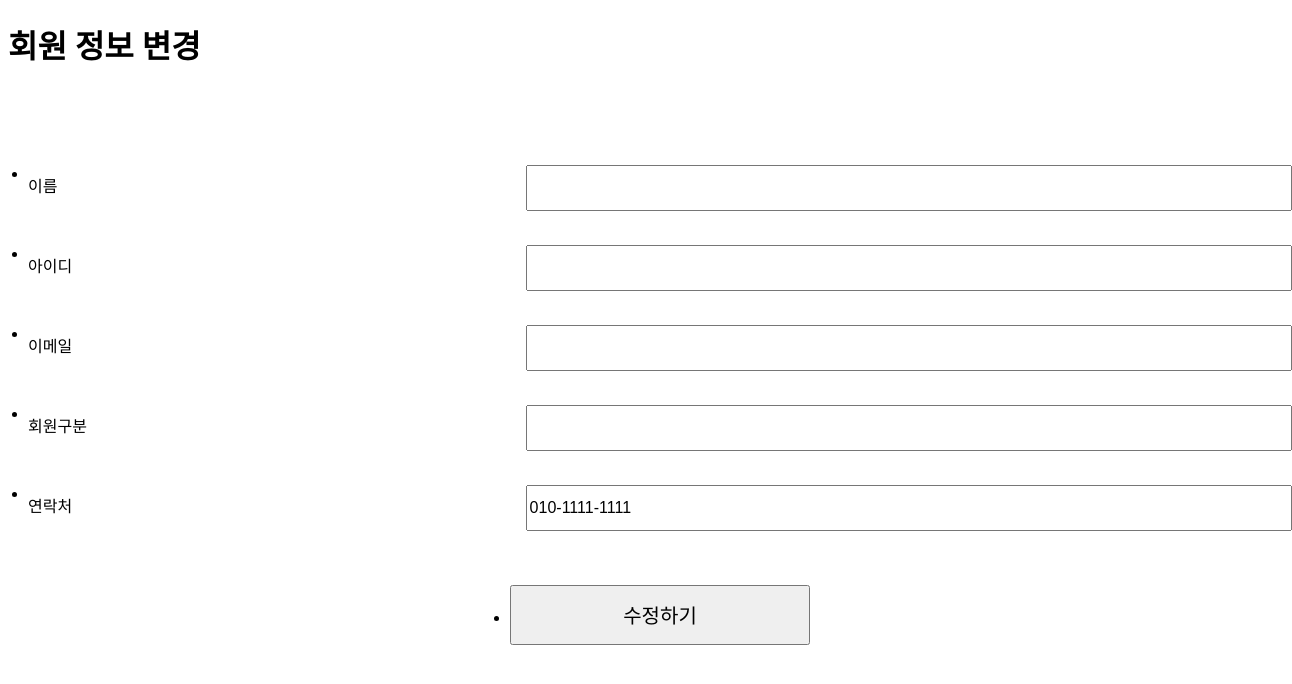
Repository: jngwk/Project-Bark
Page: http://localhost/Bark/include/userEditProfileFrm.jsp
These files come from the project's save history. The page is drawn as it stood at one moment and after the next save; the edit follows.
The browser window is 1280 px wide. The page is 1292 px wide, so the pictures cover 1292 px, including what lies to the right of the window. The pictures show the whole page.
The page is served by Tomcat 9.

Above is the page before, as saved 2024-03-31 05:57:20.

After the next save:
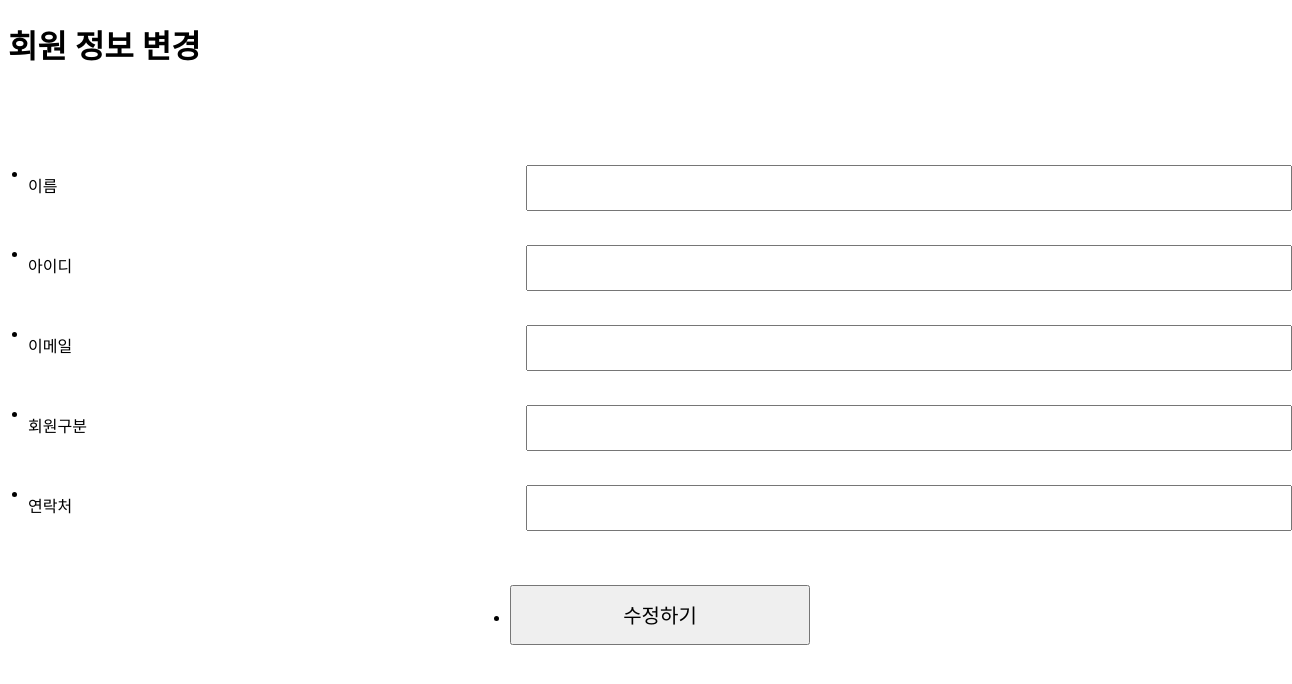
Saved 5 s later.
--- a/java_workspace/Bark/src/main/webapp/include/userEditProfileFrm.jsp
+++ b/java_workspace/Bark/src/main/webapp/include/userEditProfileFrm.jsp
@@ -42,7 +42,7 @@
 			<li class="form-element">
 			<span class="label-text">연락처</span>
 			<input class="profile-info" type="text" data-text-content="true"
-			value="010-1111-1111" >
+			value="${sessionScope.user.phone }" >
 			</li>
 			<li class="edit-btn-area">
 			<button type="submit" class="edit-btn btn"><span>수정하기</span></button>
